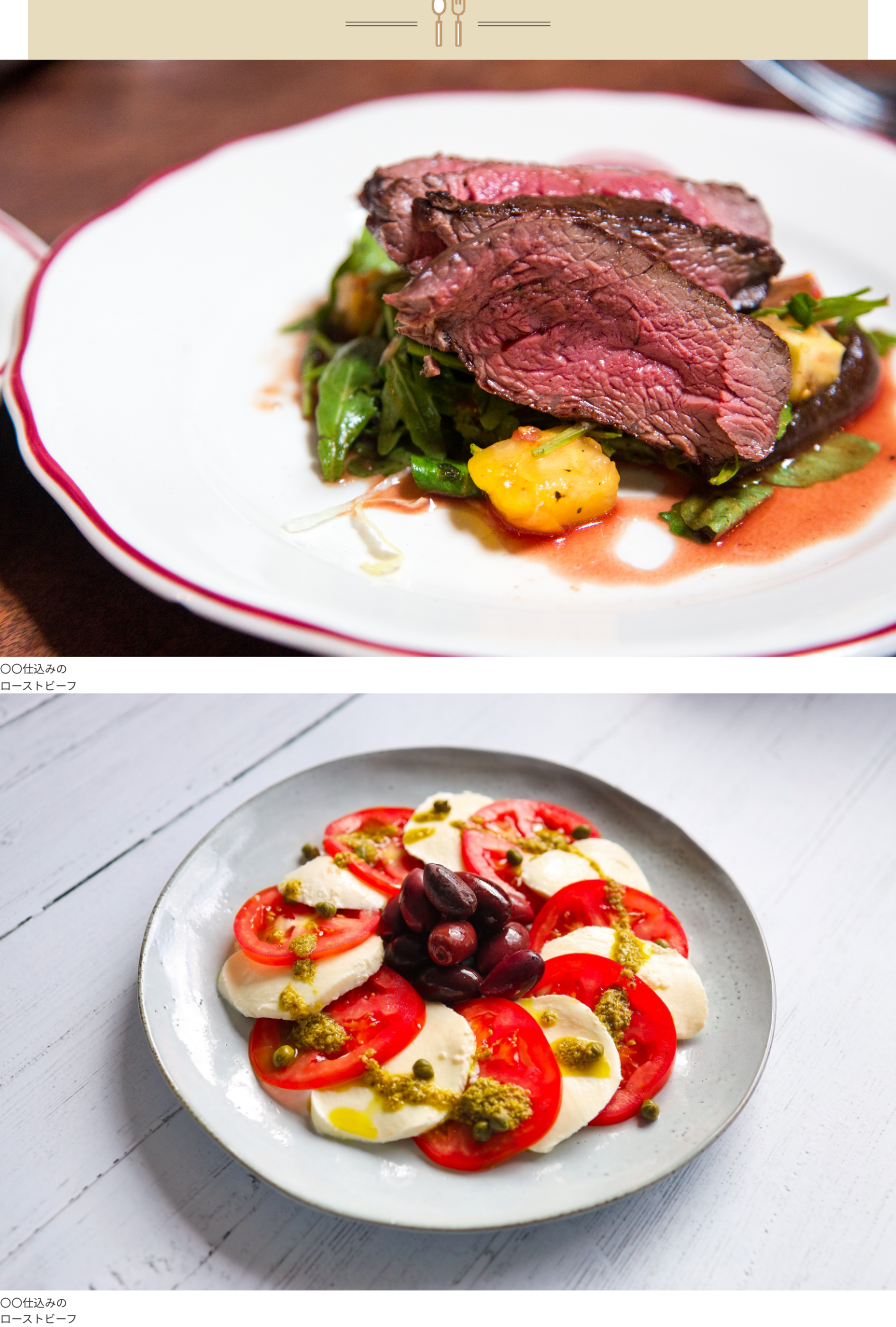
Repository: konatsu-0806/demo-site
Page: FromFigma/index.html
The author's editor kept a copy of each file at every save. The page is drawn from the files as they stood at one save, then again after the next save.
The browser window is 1280 px wide. The pictures show the part of the page from y = 3558 to 5478 px (the page is 5454 px tall before and 5478 px after), at 70% of full size.

Above is the page before, as saved 2023-02-13 16:57:58.

### FromFigma/index.html
<!DOCTYPE html>
<html lang="ja">

<head>
  <meta charset="UTF-8">
  <meta name="viewport" content="width=device-width, initial-scale=1.0">
  <meta http-equiv="X-UA-Compatible" content="ie=edge">
  <link rel="stylesheet" href="css/style.css">
  <title>demosite</title>
</head>

<body>
  <header class="header_bg">
    <div class="header_contents">
      <h1>Restaurant</h1>
      <div class="responsive_btn">
        <div class="menu_line"></div>
        <div class="menu_line"></div>
        <div class="menu_line"></div>
      </div>
      <nav class="header_nav">
        <ul class="header_nav_lists">
          <li><a class="nav_link" href="">HOME</a></li>
          <li><a class="nav_link" href="">LUNCH</a></li>
          <li><a class="nav_link" href="">DINNER</a></li>
          <li><a class="nav_link" href="">ACCESS</a></li>
          <li><a class="nav_link" href="">CONTACT</a></li>
        </ul>
      </nav>
    </div>
  </header>
  <script src="js/master.js"></script>

  <div class="main_visual">
   <img src="img/mgg-vitchakorn-98Xi5vMGKck-unsplash.jpg" alt="">
  </div>

  <div class="intro_bg">
    <div class="intro_contents">
        <div class="intro_img">
            <img src="img/pratik-gupta-gyt0s3wR1YM-unsplash.jpg" alt="">
        </div>
        <div class="intro_sentence">
            <p class="text-center">
              イタリアンレストラン「〇<br />
              〇（店名）」は令和2年3月<br />
              に〇〇（所在）にてオープン<br />
              いたしました。
            </p>
            <p class="text-center">
              当店の自慢はなんといって<br />
              もシェフこだわりの生パスタ<br />
              でございます。<br />
            </p>
            <p class="text-center">
              生パスタは水分が多く含ま<br />
              れており、もちもちとした食<br />
              感が特徴的で、本場イタリア<br />
              でよく食べられているパスタ<br />
              です。
            </p>
            <p class="text-center">
              本場イタリアの生パスタを<br />
              研究し尽くしたシェフ自慢の<br />
              パスタを是非一度ご賞味くだ<br />
              さい。
            </p>
        </div>
    </div>
</div>

<div class="lunch">
  <div class="lunch_contents">
    <div class="lunch_intro">
      <h1>～LUNCH～<br />
        10:00~15:00（日・祝を除く）
      </h1>
      <p class="text-center">当店では平日と土曜日のみランチ<br />
        タイムの営業を行っております。
      </p>
      <p class="text-center">ランチタイムは、当店自慢のもち<br />
        もちの生パスタと、ドリンク・サラ<br />
        ダ・スープ付のセットとドリンク・<br />
        ガーリックトースト・スープ付セッ<br />
        トの2種類がございます。
      </p>
      <p class="text-center">パスタは和風と洋風の２種類をご<br />
        用意しております。
      </p>
    </div>
    <div class="lunch_img">
      <img src="img/fresh-pasta-g68aa8d9f2_1920.jpg" alt="">
    </div>
  </div>
  </div>
  <div class="lunch_menu">
    <h1>LUNCH MENU</h1>
    <div class="cutlery"><img src="img/無題11_20221128200219.png" alt=""></div>
    <div class="menu_set">
      <div class="a_set">
       <h2>Aセット</h2>
        <ul>
          <li>・生パスタ（和風 or 洋風）</li>
          <li>・サラダ</li>
          <li>・スープ</li>
          <li>・ドリンク</li>
        </ul>
        <h3>￥1000</h3>
      </div>
      <div class="b_set">
        <h2>Bセット</h2>
        <ul>
          <li>・生パスタ（和風 or 洋風）</li>
          <li>・ガーリックトースト</li>
          <li>・スープ</li>
          <li>・ドリンク</li>
        </ul>
        <h3>￥1000</h3>
      </div>
    </div>
      <p>※価格はすべて税込みです。<br />
      ※パスタ・サラダ・スープの内容は日によって異なります。ご了承くださいませ。
      </p>
  </div>

  <div class="dinner">
    <div class="dinner_contents">
      <div class="dinner_intro">
        <h1>～DINNER～<br />
          17:00~23:00
        </h1>
        <p>テキストテキストテキストテキスト<br />
          テキストテキストテキストテキスト<br />
          テキストテキストテキストテキスト<br />
          テキストテキストテキストテキスト<br />
          テキスト<br />
        </p>
      </div>
      <div class="dinner_img">
        <img src="img/pizza-gac0f3843a_1280.jpg" alt="">
        <p>〇〇と〇〇のピザ  ￥880</p>
      </div>
    </div>
  </div>
  <div class="dinner_menu">
    <h1>DINNER MENU</h1>
    <div class="cutlery"><img src="img/無題11_20221128200219.png" alt=""></div>
  </div>
  <div class="dish1">
    <img src="img/jason-leung-O67LZfeyYBk-unsplash.jpg" alt="">
    <p>〇〇仕込みの<br />
      ローストビーフ<br />
    </p>
    <p class="price"></p>
  </div>
  <div class="dish2">
    <img src="img/mozzarella-salad-g85af32bc5_1920.jpg" alt="">
    <p>〇〇仕込みの<br />
      ローストビーフ
    </p>
  </div>
</body>

</html>

### FromFigma/css/style.css
/* Reset style */
* {
    margin: 0;
    padding: 0;
    box-sizing: border-box;
    list-style: none;
    text-decoration: none;
    color: #333;
}

/* Normal header style */
.header_bg {
    width: 100%;
    height: 80px;
}

.header_contents {
    width: 100%;
    max-width: 1024px;
    height: 100%;
    margin: 0 auto;
    display: flex;
    justify-content: space-between;
    align-items: center;
}

.header_contents h1 {
    font-size: 22px;
    margin: 0 0 0 40px;
}

.header_nav_lists {
    display: flex;
}

.header_nav_lists li {
    margin: 0 40px 0 0;
}

.nav_link {
    font-size: 18px;
}

/* Responsive menu button */
.responsive_btn {
    display: none;
    flex-direction: column;
    align-items: center;
    justify-content: center;
    width: 32px;
    height: 32px;
    margin: 0 40px 0 0;
    cursor: pointer;
    position: relative;
    z-index: 10;
}

.menu_line {
    background-color: #333;
    border-radius: 5px;
    width: 100%;
    height: 5px;
    margin: 4px 0;
}

/* Reaponsive style */
@media screen and (max-width: 768px) {
    .responsive_btn {
        display: flex;
    }

    .header_bg {
        position: relative;
    }

    .header_nav {
        background-color: white;
        width: 100%;
        height: 100vh;
        padding: 80px 0 0 0;
        position: absolute;
        top: 0;
        right: -100%;
        transition: .5s;
    }

    .header_nav_lists {
        display: block;
        text-align: center;
    }

    .header_nav_lists li {
        margin: 0 0 40px;
        text-align: center;
    }

    .nav_link {
        font-size: 20px;
    }
}

/* js function "menuToggle" starting only */
.menu_active {
    right: 0;
  }

/* 1st pic */
img {
    width: 100%;
}

.main_visual {
    padding: 0 50px;
    margin: auto;
    max-width: 1200px;
}

/* contents */
.intro_bg {
    width: 100%;
    max-width: 1200px;
    margin: auto;
    padding: 120px 50px 30px 70px;
}
.contents img {
    width: 100%;
}
.text-center {
    text-align: center;
}
.intro_contents {
    display: flex;
}
.intro_img {
    width: 55%;
    margin: auto;
    box-shadow: -30px -30px 1px 1px rgba(0, 0, 0, 0.7);
}
.lunch_img {
    position: relative;
    padding:30px;
}
.lunch_img:before,.lunch_img:after{
    content:'';
    width: 300px;
    height: 100px;
    position: absolute;
    display: inline-block;
}
.lunch_img:before{
    border-left: solid 1px rgb(158, 154, 154);
    border-top: solid 1px rgb(158, 154, 154);
    top: 0px;
    left: 0;
}
.lunch_img:after{
    border-right: solid 1px rgb(158, 154, 154);
    border-bottom: solid 1px rgb(158, 154, 154);
    bottom:0;
    right: 0;
}
.lunch_img img {
    margin: 0;
    padding: 0;
}
.intro_sentence {
    width: 45%;
    margin: auto .5rem;
}
@media screen and (max-width: 767px) {
    .intro_contents {
        display: block;
    }
    .intro_contents .intro_img {
        width: 100%;
        margin: 0 auto;
    }
    .intro_contents .intro_sentence {
        width: 100%;
        margin: 0 auto;
    }
}

/* lunch */
.lunch {
    width: 100%;
    max-width: 1200px;
    margin: auto;
    padding: 100px 50px 0px 50px;
    background-color: #e8dcbe;
}
.lunch img {
    width: 100%;
}
.text-center {
    text-align: center;
}
.lunch_contents {
    display: flex;
}
.lunch_intro {
    width: 55%;
    margin: auto;
}
.lunch_img {
    width: 45%;
    margin: auto .5rem;
    padding-top: 20px;
}

.lunch h1 {
    text-align: center;
    font-family: Georgia, serif;
    margin-bottom: 70px;
}

@media screen and (max-width: 767px) {
    .lunch_contents {
        display: block;
    }
    .lunch_contents .lunch_intro {
        width: 100%;
        margin: 0 auto;
    }
    .lunch_contents .lunch_img {
        width: 100%;
        margin: 0 auto;
    }
}
/* lunch menu */
.lunch_menu {
    width: 100%;
    max-width: 1200px;
    margin: auto;
    padding: 150px 50px 0px 50px;
    background-color: #e8dcbe;
}
.lunch_menu h1 {
    text-align: center;
    font-family: Georgia, serif;
}
.lunch_menu img {
    width: 40%;
}
.cutlery {
    text-align: center;
}
.menu_set {
    display: flex;
    justify-content: space-around;
    margin-top: 100px;
}
.a_set {
    background-color: #cbca78;
    padding: 50px 30px ;
}
.a_set h2 {
    font-family: Georgia, serif;
    padding-bottom: 30px;
    text-align: center;
}
.a_set h3 {
    padding-top: 30px;
    text-align: right;
}
.b_set {
    background-color: #cbca78;
    padding: 50px 30px ;
}
.b_set h2 {
    font-family: Georgia, serif;
    padding-bottom: 30px;
    text-align: center;
}
.b_set h3 {
    padding-top: 30px;
    text-align: right;
}
.lunch_menu p {
    padding: 50px 0px 150px 0px;
}
@media screen and (max-width: 767px) {
    .menu_set {
        display: block;
    }
    .a_set {
        margin-bottom: 20px;
    }
    .menu_set li {
        padding-left: 80px;
    }
}
/* dinner */
.dinner {
    width: 100%;
    max-width: 1200px;
    margin: auto;
    padding: 100px 50px 0px 50px;
    background-color: #e8dcbe;
}
.dinner img {
    width: 100%;
}
.dinner p {
    text-align: center;
}
.dinner_contents {
    display: flex;
}
.dinner_intro {
    width: 55%;
    margin: auto;
}
.dinner_img {
    width: 45%;
    margin: auto .5rem;
    padding-top: 20px;
}

.dinner h1 {
    text-align: center;
    font-family: Georgia, serif;
    margin-bottom: 70px;
}
.dinner_img {
    position: relative;
    padding:30px;
}
.dinner_img:before,.dinner_img:after{
    content:'';
    width: 300px;
    height: 100px;
    position: absolute;
    display: inline-block;
}
.dinner_img:before{
    border-left: solid 1px rgb(158, 154, 154);
    border-top: solid 1px rgb(158, 154, 154);
    top: 0px;
    left: 0;
}
.dinner_img:after{
    border-right: solid 1px rgb(158, 154, 154);
    border-bottom: solid 1px rgb(158, 154, 154);
    bottom:0;
    right: 0;
}
.dinner_img img {
    margin: 0;
    padding: 0;
}

@media screen and (max-width: 767px) {
    .dinner_contents {
        display: block;
    }
    .dinner_contents .dinner_intro {
        width: 100%;
        margin: 0 auto;
    }
    .dinner_contents .dinner_img {
        width: 100%;
        margin: 0 auto;
    }
}
/* dinner menu */
.dinner_menu {
    width: 100%;
    max-width: 1200px;
    margin: auto;
    padding: 150px 50px 0px 50px;
    background-color: #e8dcbe;
}
.dinner_menu h1 {
    text-align: center;
    font-family: Georgia, serif;
}
.dinner_menu img {
    width: 40%;
}
.cutlery {
    text-align: center;
}

### FromFigma/js/master.js
const responsive_menu_btn = document.querySelector('.responsive_btn');
responsive_menu_btn.addEventListener('click', menuToggle);

function menuToggle() {
  const header_menu_detail = document.querySelector('.header_nav');
  header_menu_detail.classList.toggle('menu_active');
}

After the next save:
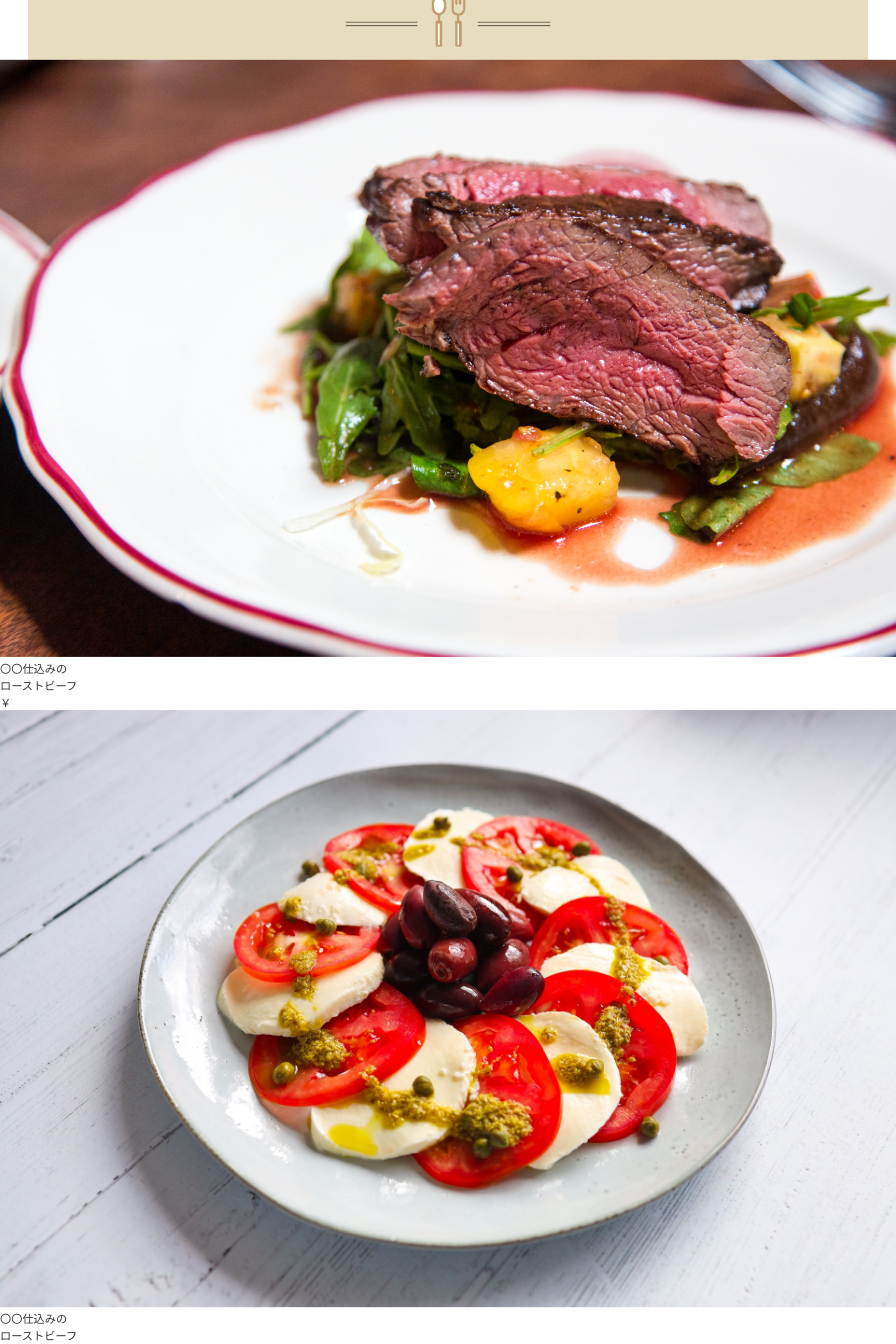
Saved 5 s later.
--- a/FromFigma/index.html
+++ b/FromFigma/index.html
@@ -151,7 +151,7 @@
     <p>〇〇仕込みの<br />
       ローストビーフ<br />
     </p>
-    <p class="price"></p>
+    <p class="price">￥</p>
   </div>
   <div class="dish2">
     <img src="img/mozzarella-salad-g85af32bc5_1920.jpg" alt="">
